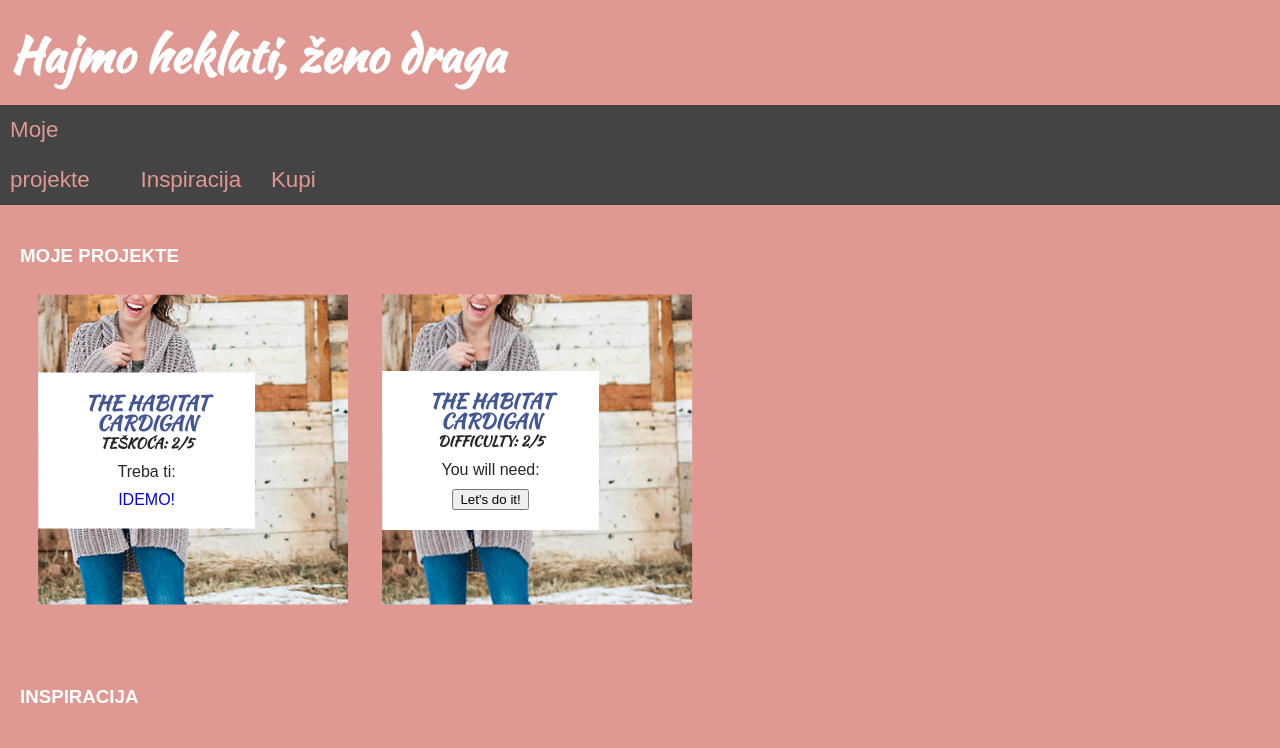
Repository: sdnc/Heklamo
Page: index.html
An editor plug-in stored every save of this project. The page is shown before and after the next save, followed by the edit.
The browser window is 1280 px wide. The pictures show the whole page.

Above is the page before, as saved 2020-12-24 15:13:12.
Console error: ReferenceError: $ is not defined

After the next save:
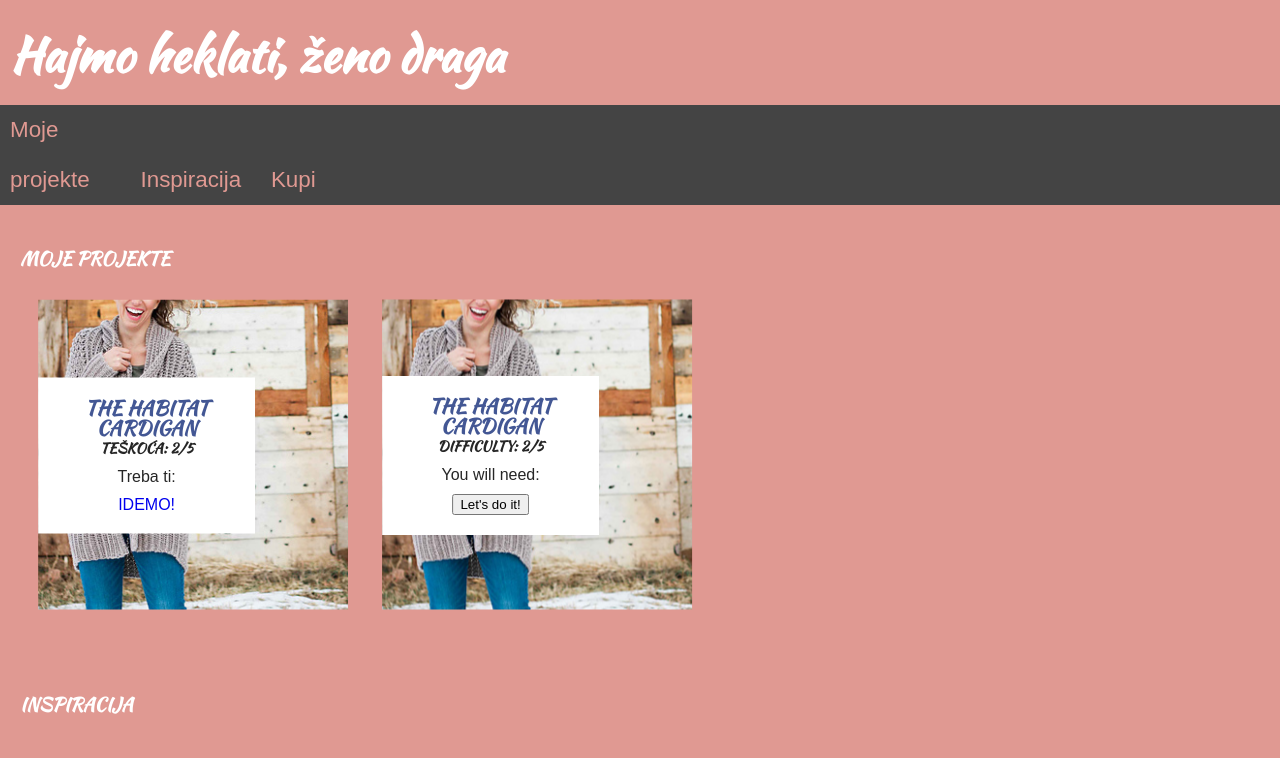
Saved 6 s later.
--- a/styles.css
+++ b/styles.css
@@ -17,7 +17,9 @@ h1 {
 }
 
 h3 {
+  font-family: "Kaushan Script", sans-serif;
   color: white;
+
 }
 /* NAV BAR */
 
